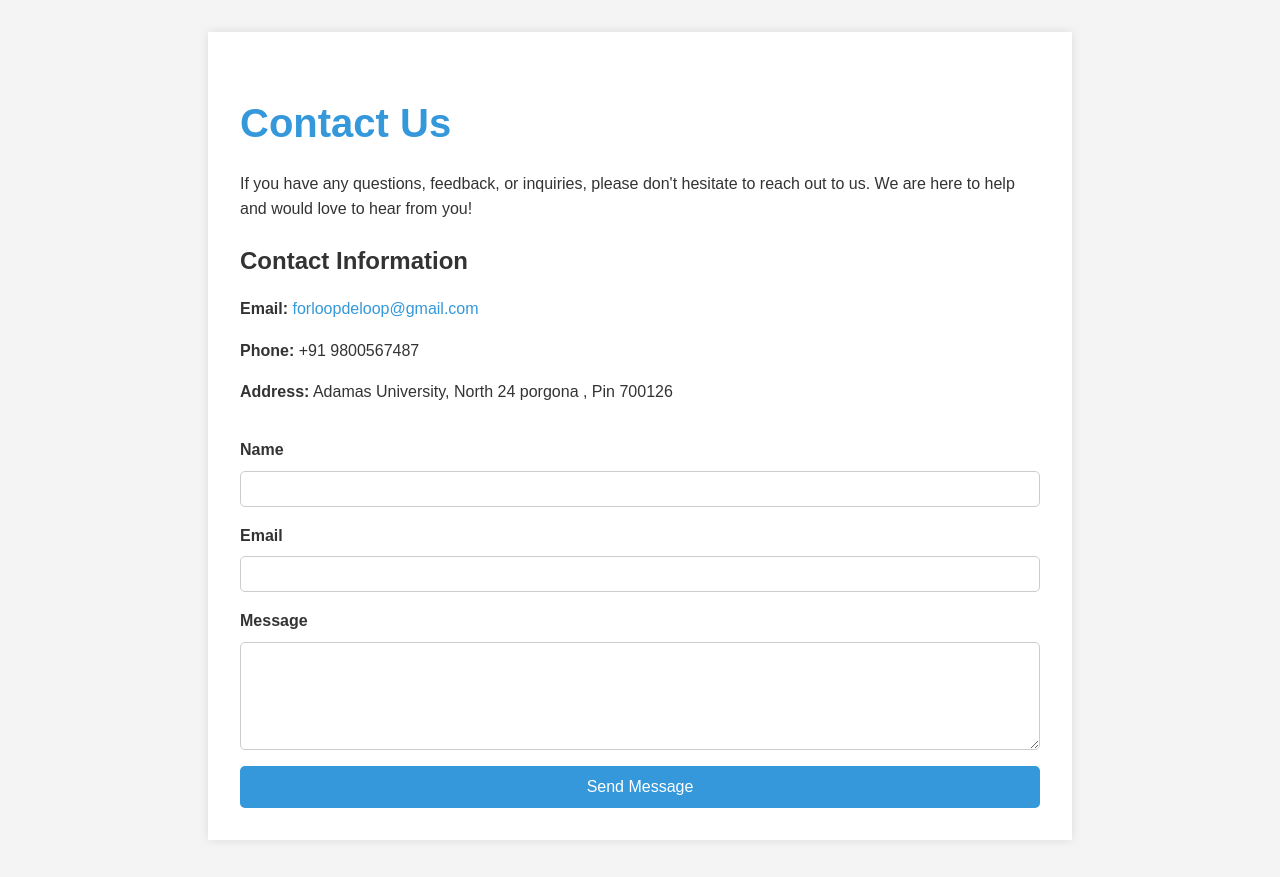
Repository: Shovon0004/Lexishift
Page: http://localhost/contact
The author's editor kept a copy of each file at every save. The page is drawn from the files as they stood at one save, then again after a run of saves.
The browser window is 1280 px wide. The pictures show the whole page.
The page is served by the project's application, run on Flask 3 (run.py). Other server files are loaded and not shown.

Above is the page before, as saved 2024-07-28 02:04:25.
Console error: ReferenceError: emailjs is not defined

### templates/contact.html
<!DOCTYPE html>
<html lang="en">
<head>
    <meta charset="UTF-8">
    <meta name="viewport" content="width=device-width, initial-scale=1.0">
    <title>Contact Us</title>
    <script type="text/javascript" src="https://cdn.jsdelivr.net/npm/@emailjs/browser@3/dist/email.min.js" defer></script>
    <style>
        body {
            font-family: Arial, sans-serif;
            line-height: 1.6;
            margin: 0;
            padding: 0;
            background-color: #f4f4f4;
            color: #333;
        }

        .container {
            max-width: 800px;
            margin: 2rem auto;
            padding: 2rem;
            background-color: #fff;
            box-shadow: 0 0 10px rgba(0,0,0,0.1);
        }

        h1 {
            font-size: 2.5rem;
            margin-bottom: 1rem;
            color: #3498db;
        }

        p {
            margin-bottom: 1rem;
        }

        .contact-info {
            margin-bottom: 2rem;
        }

        .contact-info h2 {
            font-size: 1.5rem;
            margin-bottom: 0.5rem;
        }

        .contact-info p {
            margin-bottom: 0.5rem;
        }

        form {
            display: flex;
            flex-direction: column;
        }

        label {
            font-weight: bold;
            margin-bottom: 0.5rem;
        }

        input, textarea {
            padding: 0.5rem;
            margin-bottom: 1rem;
            border: 1px solid #ccc;
            border-radius: 5px;
            font-size: 1rem;
        }

        button {
            padding: 0.75rem;
            border: none;
            background-color: #3498db;
            color: #fff;
            font-size: 1rem;
            border-radius: 5px;
            cursor: pointer;
        }

        button:hover {
            background-color: #2980b9;
        }

        a {
            color: #3498db;
            text-decoration: none;
        }

        a:hover {
            text-decoration: underline;
        }
    </style>
</head>
<body>
    <div class="container">
        <h1>Contact Us</h1>
        <p>If you have any questions, feedback, or inquiries, please don't hesitate to reach out to us. We are here to help and would love to hear from you!</p>

        <div class="contact-info">
            <h2>Contact Information</h2>
            <p><strong>Email:</strong> <a href="mailto:forloopdeloop@gmail.com">forloopdeloop@gmail.com</a></p>
            <p><strong>Phone:</strong> +91 9800567487</p>
            <p><strong>Address:</strong> Adamas University, North 24 porgona , Pin 700126</p>
        </div>

        <form id="contact-form">
            <label for="name">Name</label>
            <input type="text" id="name" name="name" required>
            <label for="email">Email</label>
            <input type="email" id="email" name="email" required>
            <label for="message">Message</label>
            <textarea id="message" name="message" rows="5" required></textarea>
            <button type="submit">Send Message</button>
        </form>
    </div>


    </div>
     <script>
        // Wait for the DOM to be fully loaded
        document.addEventListener('DOMContentLoaded', function() {
            // Initialize EmailJS
            (function() {
                // Replace 'YOUR_PUBLIC_KEY' with your actual EmailJS public key
                emailjs.init('Clf5rSoCnhqqeLqAk');
            })();

            // Add event listener to the form
            document.getElementById('contact-form').addEventListener('submit', function(event) {
                event.preventDefault();

                emailjs.sendForm('service_ux9wzpa', 'template_ivkz8nl', this)
                    .then(function() {
                        alert('Message sent successfully!');
                        document.getElementById('contact-form').reset();
                    }, function(error) {
                        console.log('FAILED...', error);
                        alert('Failed to send message. Please try again later.');
                    });
            });
        });
    </script>
</body>
</html>

### app/routes.py
import io
import os
import logging
import pdfplumber
from flask import Blueprint, render_template, request, send_file, jsonify, url_for, send_from_directory
from reportlab.pdfgen import canvas
from reportlab.lib.pagesizes import letter
from reportlab.pdfbase import pdfmetrics
from reportlab.pdfbase.ttfonts import TTFont
from reportlab.lib.colors import HexColor
from PIL import Image as PILImage
from reportlab.lib.utils import ImageReader
import pandas as pd
from .ml_model import train_model, predict_formatting

logging.basicConfig(level=logging.DEBUG)
logger = logging.getLogger(__name__)
main = Blueprint('main', __name__)

@main.route('/')
def index():
    return render_template('index.html')

@main.route('/static/<path:filename>')
def serve_static(filename):
    return send_from_directory(main.static_folder, filename)


@main.route('/contact')
def contact():
    return render_template('contact.html')

@main.route('/privacy')
def privacy():
    return render_template('privacy.html')

@main.route('/terms')
def terms():
    return render_template('terms.html')

@main.route('/learn_more')
def learn_more():
    return render_template('learn_more.html')

@main.route('/ai_recommendations', methods=['POST'])
def ai_recommendations():
    form_data = request.form

    # Extract relevant data from form_data
    font_size = int(form_data.get('font_size', 12))
    line_spacing = int(form_data.get('line_spacing', 1))
    font_family = form_data.get('font_family', 'Arial')

    # Simple heuristic for generating recommendations
    recommendations = []

    if font_size < 14:
        recommendations.append("Consider using a larger font size for better readability.")
    if line_spacing < 1.5:
        recommendations.append("Increase the line spacing to at least 1.5 for improved readability.")


    if not recommendations:
        recommendations.append("Your document settings are optimal!")

    return jsonify({"recommendations": recommendations})

def convert_text(text):
    return text.upper()

def wrap_text(text, max_width, c, font_name, font_size):
    words = text.split()
    lines = []
    line = []
    line_width = 0
    min_words_per_line = 4  # Minimum words per line constraint
    for word in words:
        word_width = c.stringWidth(word, font_name, font_size)
        if line_width + word_width <= max_width and len(line) < min_words_per_line:
            line.append(word)
            line_width += word_width + c.stringWidth(' ', font_name, font_size)
        else:
            if len(line) < min_words_per_line:
                while len(line) < min_words_per_line and len(words) > 0:
                    line.append(words.pop(0))
            lines.append(' '.join(line))
            line = [word]
            line_width = word_width + c.stringWidth(' ', font_name, font_size)
    if len(line) > 0:
        lines.append(' '.join(line))
    return lines

def check_overlap(x, y, text_width, text_height, images, height):
    for img in images:
        if (x < img['x1'] and x + text_width > img['x0'] and
            y > height - img['bottom'] and y < height - img['top']):
            return True
    return False

def create_dyslexia_friendly_pdf(input_pdf, font_name='OpenDyslexic', font_size=12, line_spacing=14, letter_spacing=0.1, text_color='black'):
    logger.debug("Starting PDF conversion")
    output = io.BytesIO()
    input_pdf.seek(0)

    pdfmetrics.registerFont(TTFont('OpenDyslexic', os.path.join(os.path.dirname(__file__), 'static', 'OpenDyslexic.ttf')))

    c = canvas.Canvas(output, pagesize=letter)
    width, height = letter
    margin = 50

    with pdfplumber.open(input_pdf) as pdf:
        for page_num, page in enumerate(pdf.pages):
            logger.debug(f"Processing page {page_num}")
            c.setFont(font_name, font_size)
            c.setFillColor(HexColor(text_color))

            images = page.images
            words = page.extract_words()

            for image in images:
                img_bbox = [image['x0'], image['top'], image['x1'], image['bottom']]
                img_bbox[0] = max(img_bbox[0], page.bbox[0])
                img_bbox[1] = max(img_bbox[1], page.bbox[1])
                img_bbox[2] = min(img_bbox[2], page.bbox[2])
                img_bbox[3] = min(img_bbox[3], page.bbox[3])

                img = page.within_bbox(img_bbox).to_image()
                img_data = io.BytesIO()
                img.save(img_data, format='PNG')
                img_data.seek(0)
                pil_img = PILImage.open(img_data)
                c.drawImage(ImageReader(pil_img), img_bbox[0], height - img_bbox[1] - (img_bbox[3] - img_bbox[1]),
                            img_bbox[2] - img_bbox[0], img_bbox[3] - img_bbox[1])

            line_y = height - margin
            x = margin
            max_width = width - 2 * margin

            for word in words:
                text = convert_text(word['text'])
                wrapped_lines = wrap_text(text, max_width, c, font_name, font_size)

                for line in wrapped_lines:
                    text_width = c.stringWidth(line, font_name, font_size)
                    text_height = font_size

                    while check_overlap(x, line_y, text_width, text_height, images, height):
                        line_y -= line_spacing
                        if line_y < margin:
                            c.showPage()
                            c.setFont(font_name, font_size)
                            c.setFillColor(HexColor(text_color))
                            line_y = height - margin
                            x = margin

                    c.drawString(x, line_y, line, charSpace=letter_spacing)
                    line_y -= line_spacing

                    if line_y < margin:
                        c.showPage()
                        c.setFont(font_name, font_size)
                        c.setFillColor(HexColor(text_color))
                        line_y = height - margin
                        x = margin

            c.showPage()

    c.save()
    output.seek(0)
    logger.debug("PDF conversion completed")
    return output

@main.route('/', methods=['POST'])
def upload():
    if request.method == 'POST':
        pdf_file = request.files['file']
        font_name = request.form.get('font_name', 'OpenDyslexic')
        font_size = int(request.form.get('font_size', 12))
        line_spacing = int(request.form.get('line_spacing', 14))
        letter_spacing = float(request.form.get('letter_spacing', 0.1))
        text_color = request.form.get('text_color', 'black')

        model = train_model()
        features = pd.DataFrame([[font_name, font_size, line_spacing, letter_spacing, text_color]],
                                columns=['font_name', 'font_size', 'line_spacing', 'letter_spacing', 'text_color'])
        suggestion = predict_formatting(features, model)

        font_name = suggestion.get('font_name', font_name)
        font_size = suggestion.get('font_size', font_size)
        line_spacing = suggestion.get('line_spacing', line_spacing)
        letter_spacing = suggestion.get('letter_spacing', letter_spacing)
        text_color = suggestion.get('text_color', text_color)

        dyslexia_friendly_pdf = create_dyslexia_friendly_pdf(pdf_file, font_name, font_size, line_spacing, letter_spacing, text_color)
        return send_file(dyslexia_friendly_pdf, as_attachment=True, download_name='dyslexia_friendly.pdf', mimetype='application/pdf')

@main.route('/feedback', methods=['POST'])
def feedback():
    feedback_data = request.json
    save_user_feedback(
        feedback_data['feedback'],
        feedback_data['font_name'],
        feedback_data['font_size'],
        feedback_data['line_spacing'],
        feedback_data['letter_spacing'],
        feedback_data['text_color']
    )
    return jsonify({"status": "success"})

@main.route('/suggest_formatting', methods=['POST'])
def suggest_formatting():
    user_prefs = request.json
    model = train_model()
    features = pd.DataFrame([[
        user_prefs['font_name'],
        user_prefs['font_size'],
        user_prefs['line_spacing'],
        user_prefs['letter_spacing'],
        user_prefs['text_color']
    ]], columns=['font_name', 'font_size', 'line_spacing', 'letter_spacing', 'text_color'])
    prediction = predict_formatting(features, model)
    return jsonify({"suggestion": prediction})

def save_user_feedback(feedback, font_name, font_size, line_spacing, letter_spacing, text_color):
    feedback_file = os.path.join(os.path.dirname(os.path.abspath(__file__)), '..', 'user_feedback.csv')
    with open(feedback_file, 'a') as f:
        f.write(f"{feedback},{font_name},{font_size},{line_spacing},{letter_spacing},{text_color}\n")

### run.py
from __init__ import create_app


app = create_app()

if __name__ == '__main__':
    app.run(debug=True)

After the next 2 saves:
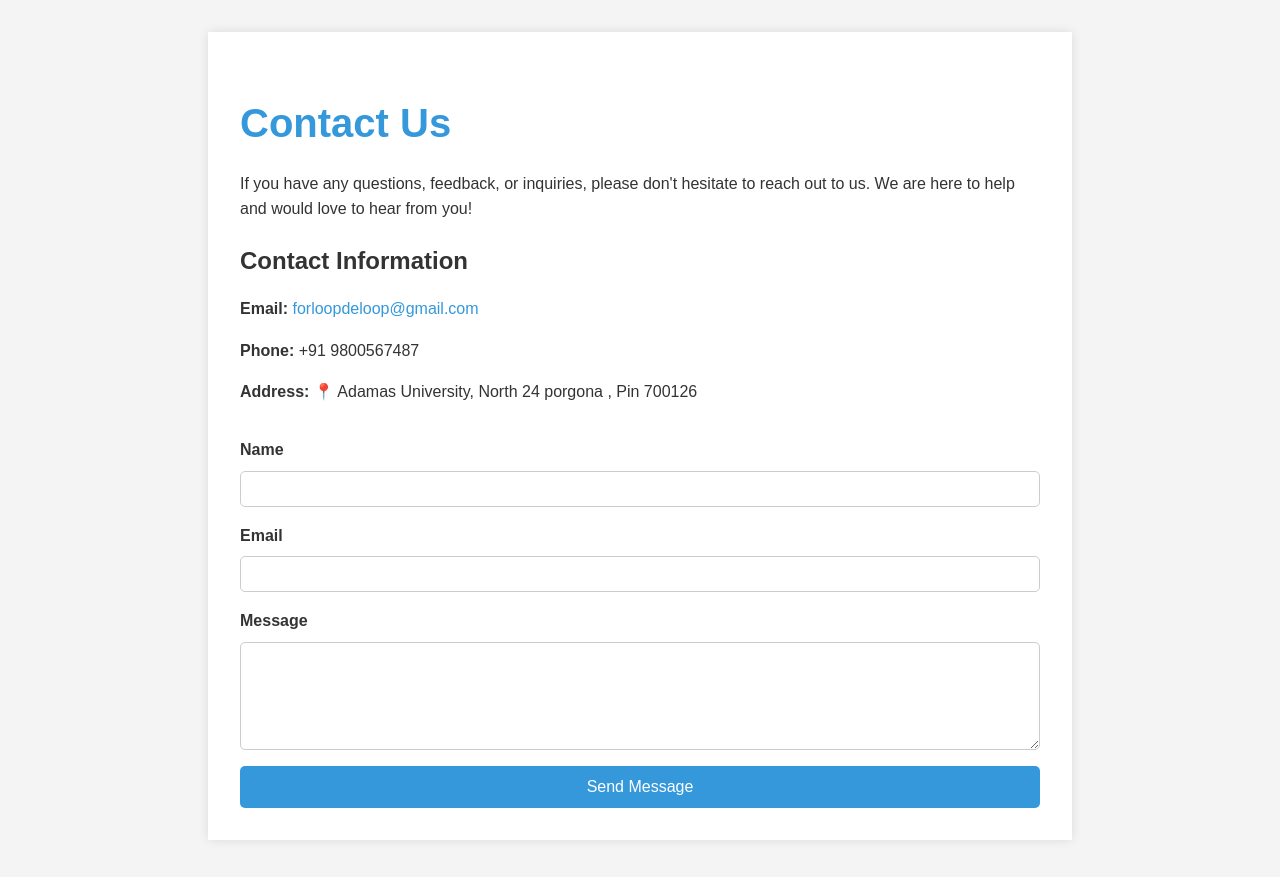
The 2 saves are shown as one change because they came seconds apart.
The last was saved 10 min 41 s later.
--- a/templates/contact.html
+++ b/templates/contact.html
@@ -97,7 +97,7 @@
             <h2>Contact Information</h2>
             <p><strong>Email:</strong> <a href="mailto:forloopdeloop@gmail.com">forloopdeloop@gmail.com</a></p>
             <p><strong>Phone:</strong> +91 9800567487</p>
-            <p><strong>Address:</strong> Adamas University, North 24 porgona , Pin 700126</p>
+            <p><strong>Address:</strong> 📍 Adamas University, North 24 porgona , Pin 700126</p>
         </div>
 
         <form id="contact-form">
